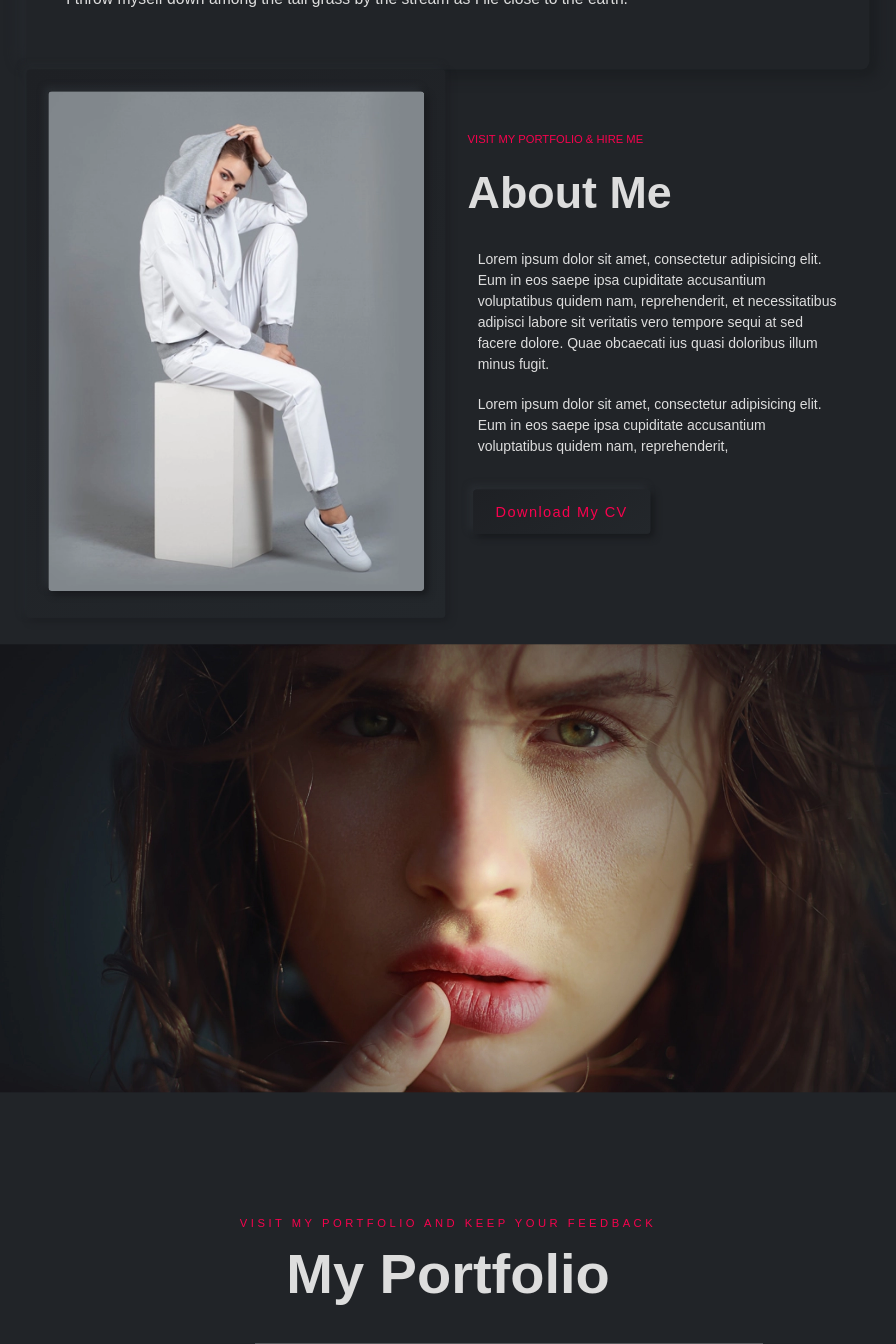
Repository: arminprogramme/inbio
Page: /
These files come from the project's save history. The page is drawn as it stood at one moment and after the next save; the edit follows.
The browser window is 1280 px wide. The pictures show the part of the page from y = 1808 to 3728 px (the page is 3728 px tall), at 70% of full size.
Backgrounds fixed to the window are drawn as part of the page. Some web libraries are served in a nearby version. The project was rebuilt for these pictures with package versions that can differ from the ones it lists, and the page was loaded fresh each time. Also part of the build but not shown: vite.config.js.

Above is the page before, as saved 2023-10-20 04:50:40.

After the next save:
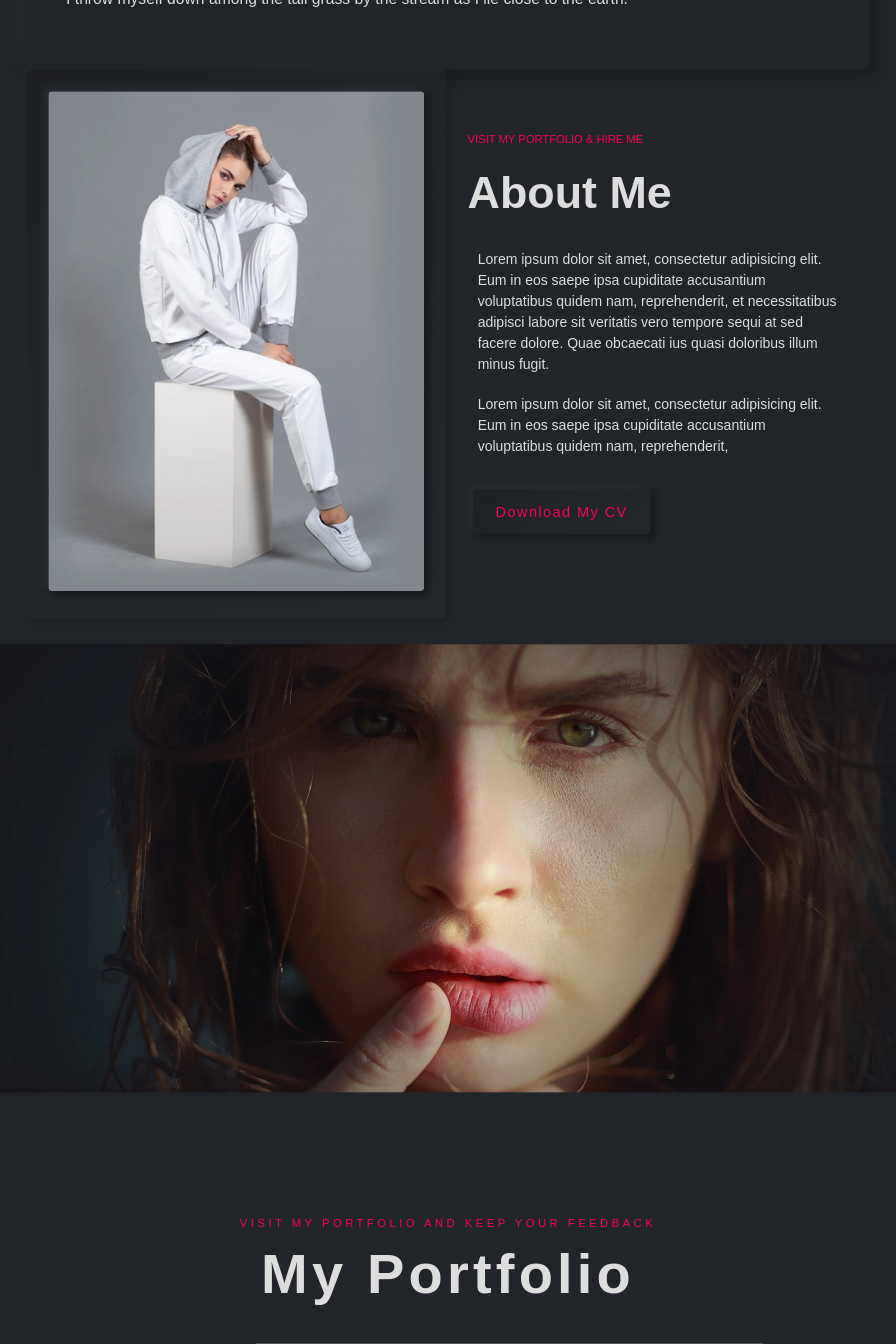
Saved 99 s later.
--- a/src/Component/Body/PortFolio/Portfolio.css
+++ b/src/Component/Body/PortFolio/Portfolio.css
@@ -2,6 +2,7 @@
     font-size: 5rem;
     color: #ddd;
     font-weight: bold;
+    letter-spacing: 6px;
 }
 
 .title-portfolio h5 {
